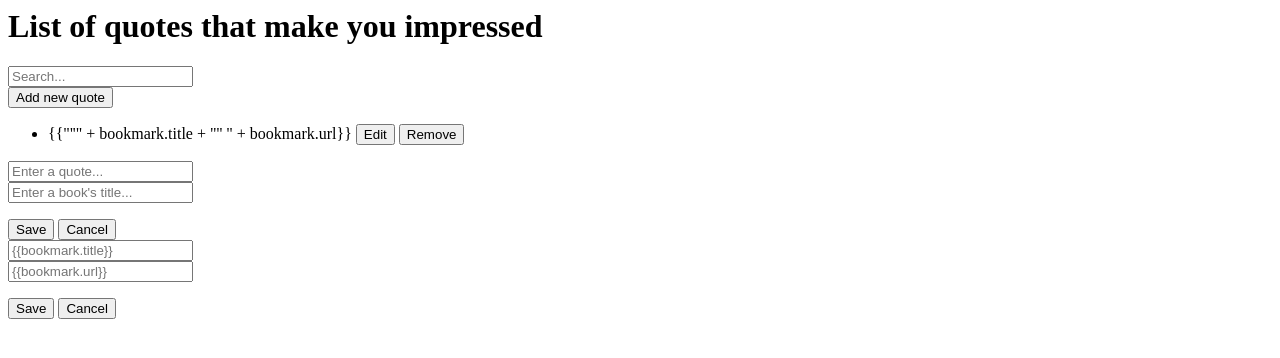
Repository: joannapl/LibraryOnline
Page: templates/quotes.html
The author's editor kept a record of every edit. The page is drawn from the files as they stood at one moment, then again after the next edit.
The browser window is 1280 px wide. The pictures show the whole page.

Above is the page before.

After the next edit:
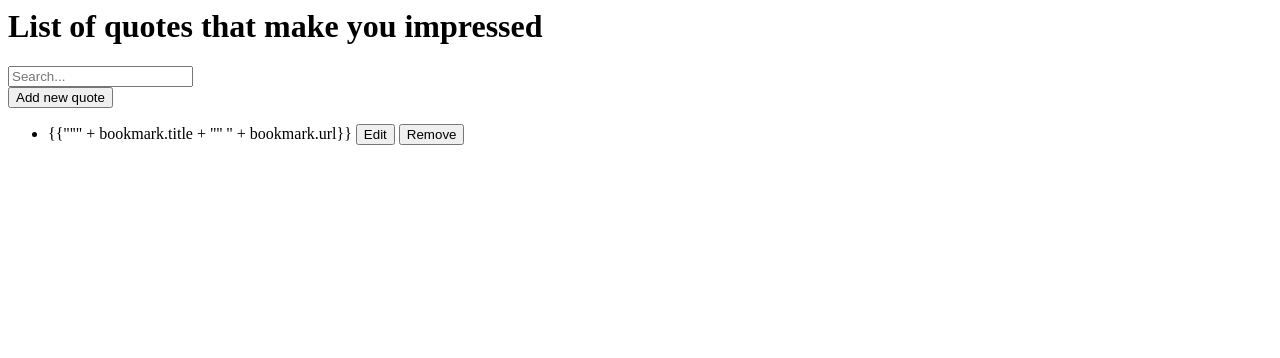
The edit:
--- a/templates/quotes.html
+++ b/templates/quotes.html
@@ -25,30 +25,4 @@
             </li>
         </ul>
     </div>
-
-    <div class="jumbotron" id="addDiv" ng-hide="hideCreate">
-        <form role="form">
-             <div class="form-group">
-                <input type="text" ng-model="bookmarkTitleAdd" class="form-control" id="bookmarkTitle" placeholder="Enter a quote...">
-            </div>
-            <div class="form-group">
-                <input type="text" ng-model="bookmarkUrlAdd" class="form-control" id="bookmarkUrl" placeholder="Enter a book's title...">
-            </div>
-        </form>
-       <button type="button" class="btn btn-primary" ng-click="addItem(bookmarkTitleAdd, bookmarkUrlAdd); cancelCreating(); resetForm()">Save</button>
-       <button type="button" class="btn btn-default" ng-click="cancelCreating(); resetForm()">Cancel</button>
-    </div>
-
-    <div class="jumbotron"  id="editDiv" ng-hide="hideEdit">
-        <form role="form">
-             <div class="form-group">
-                <input type="text" ng-model="bookmarkTitleEdit" class="form-control" id="bookmarkTitle" placeholder="{{bookmark.title}}">
-            </div>
-            <div class="form-group">
-                <input type="text" ng-model="bookmarkUrlEdit" class="form-control" id="bookmarkUrl" placeholder="{{bookmark.url}}">
-            </div>
-        </form>
-        <button type="button" class="btn btn-primary" ng-click="updateItem(); cancelEditing();">Save</button>
-        <button type="button" class="btn btn-default" ng-click="cancelEditing(); resetForm()">Cancel</button>
-    </div>
 </div>
